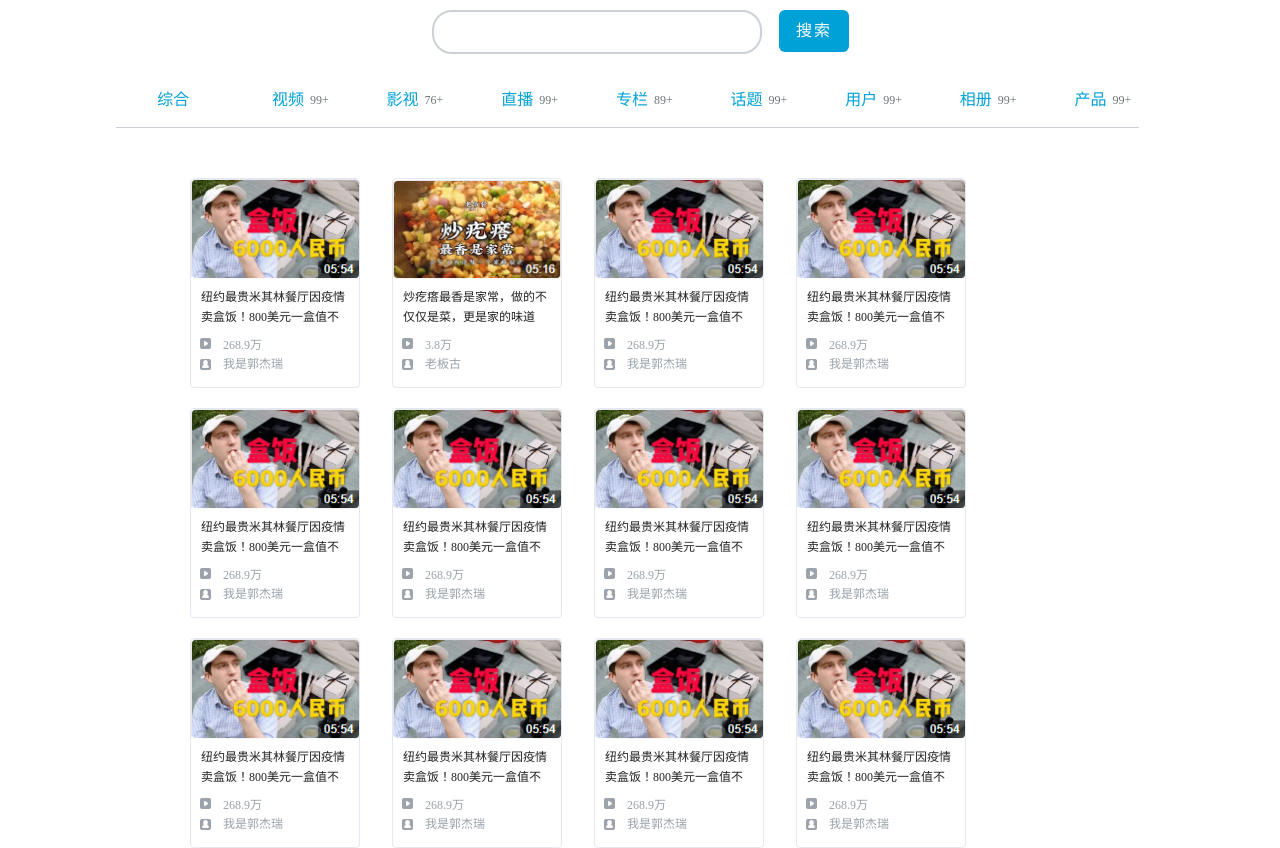
Repository: red-code-yl/web-project
Page: doc/food.html
The author's editor kept a copy of each file at every save. The page is drawn from the files as they stood at one save, then again after the next save.
The browser window is 1280 px wide. The pictures show the whole page.

Above is the page before, as saved 2020-06-18 16:44:14.

After the next save:
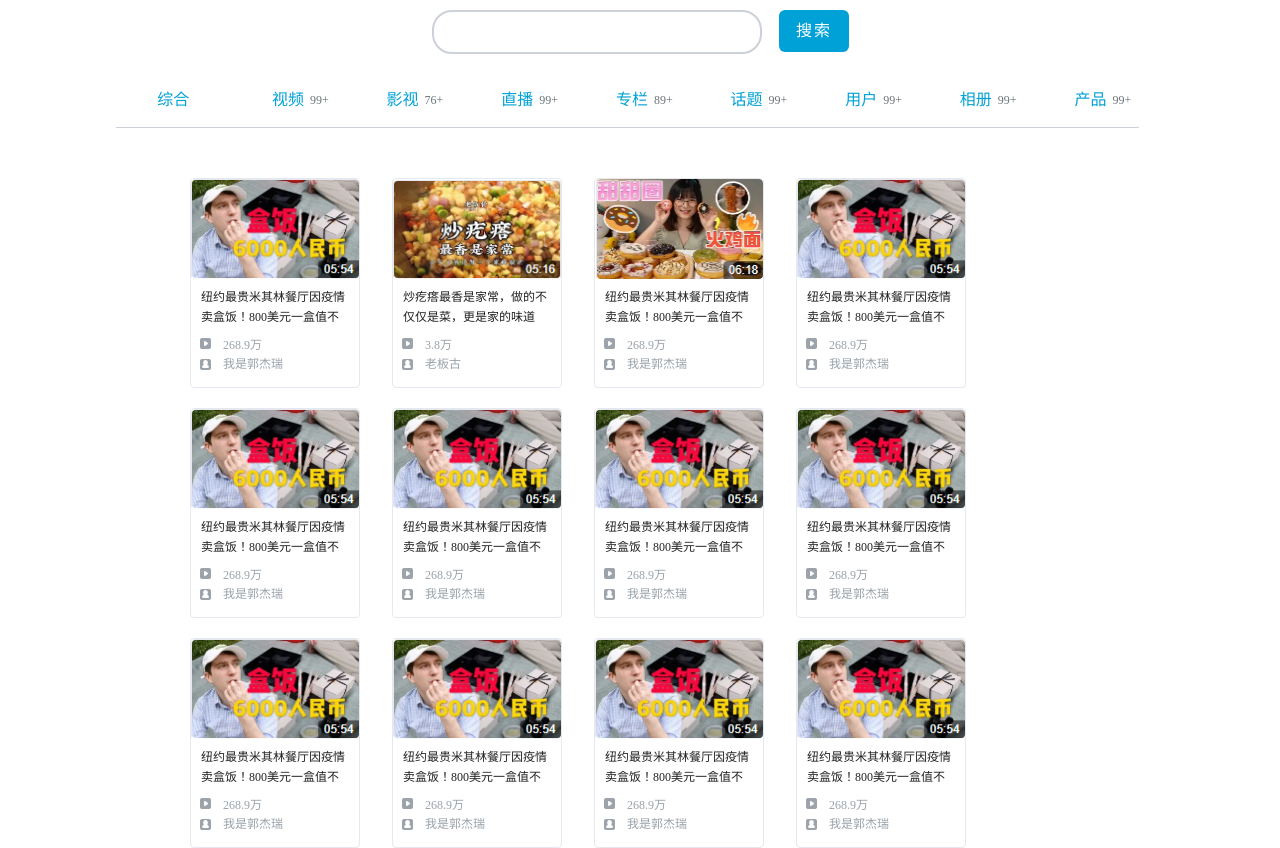
Saved 42 s later.
--- a/doc/food.html
+++ b/doc/food.html
@@ -132,7 +132,7 @@
                             <a href="#" title="" target="_blank" class="list-part-1">
                                 <div class="img">
                                     <div class="lazy-img">
-                                        <img alt src="../img/img-list1.png">
+                                        <img alt src="../img/img-list3.png">
                                     </div>
 
                                 </div>
